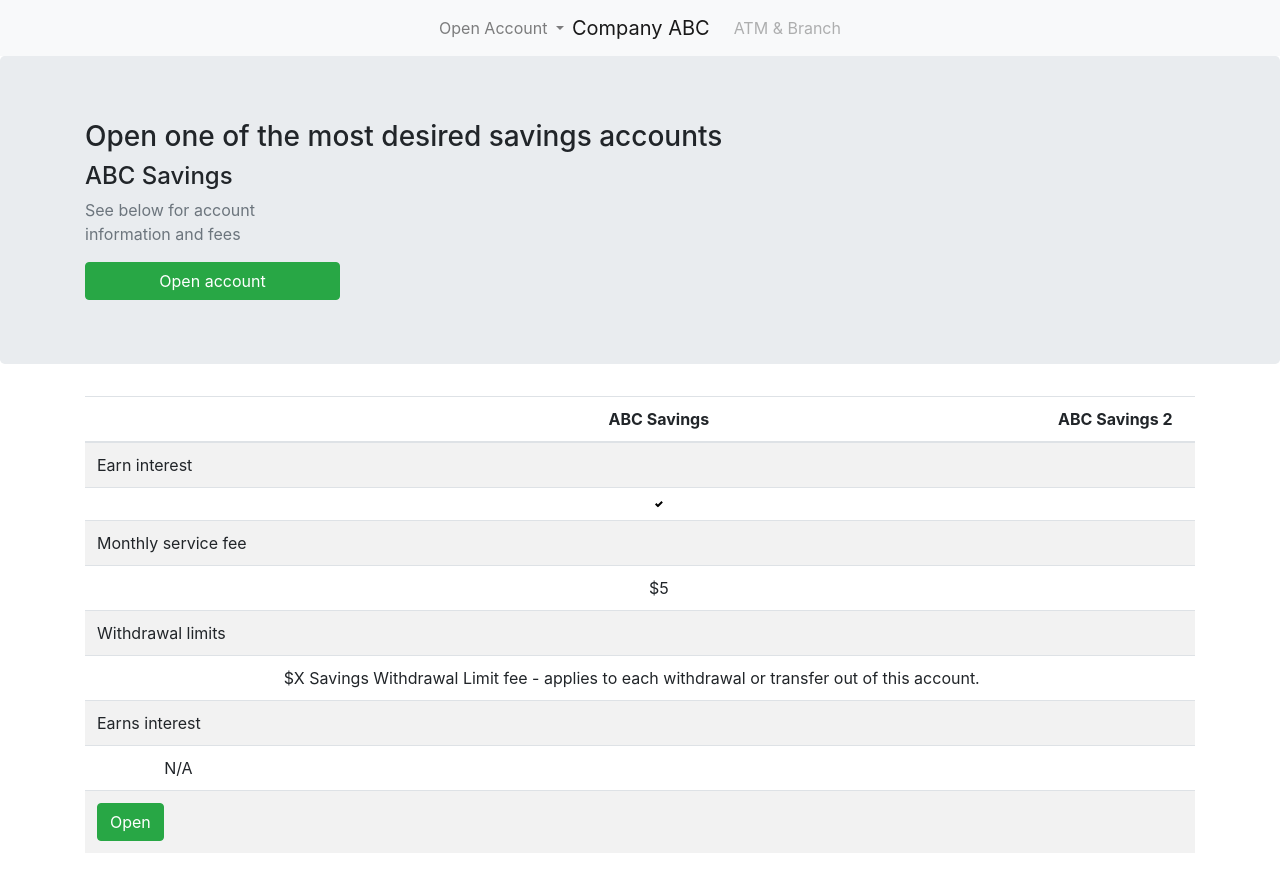
Repository: barriosan95/banking-opening-account-demo
Page: http://localhost/savings
The author's editor kept a record of every edit. The page is drawn from the files as they stood at one moment, then again after the next edit.
The browser window is 1280 px wide. The pictures show the whole page.
Some web fonts or font styles are not loaded; a fallback is used. Some web libraries are served in a nearby version. The page is served by the project's Node server (index.js).

Above is the page before.

After the next edit:
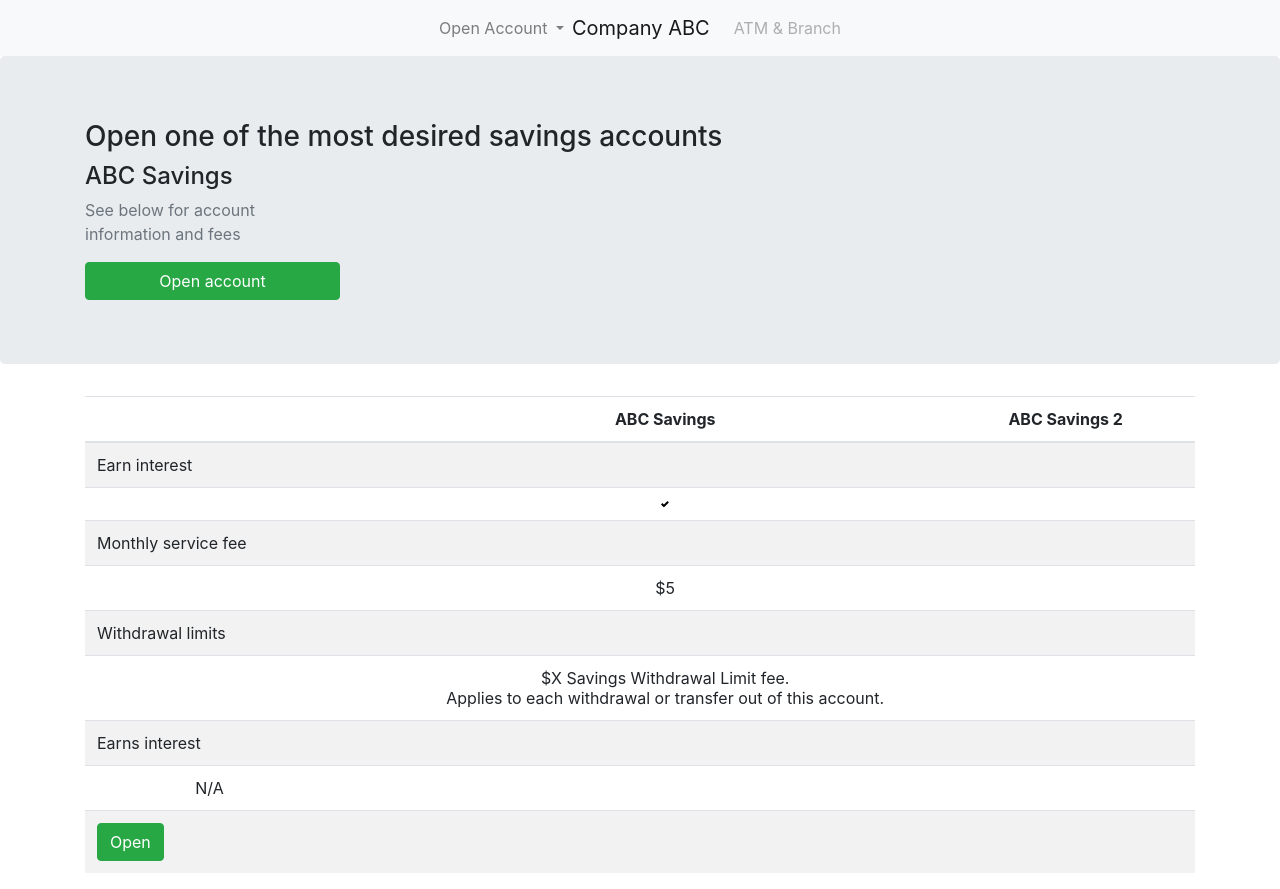
The edit:
--- a/views/savings.ejs
+++ b/views/savings.ejs
@@ -50,7 +50,7 @@
             </tr>
             <tr>
               <td></td>
-              <td> $X Savings Withdrawal Limit fee - applies to each withdrawal or transfer out of this account.</td>
+              <td  class="text-center"> $X Savings Withdrawal Limit fee. <br> Applies to each withdrawal or transfer out of this account.</td>
               <td></td>
             </tr>
             <tr>
